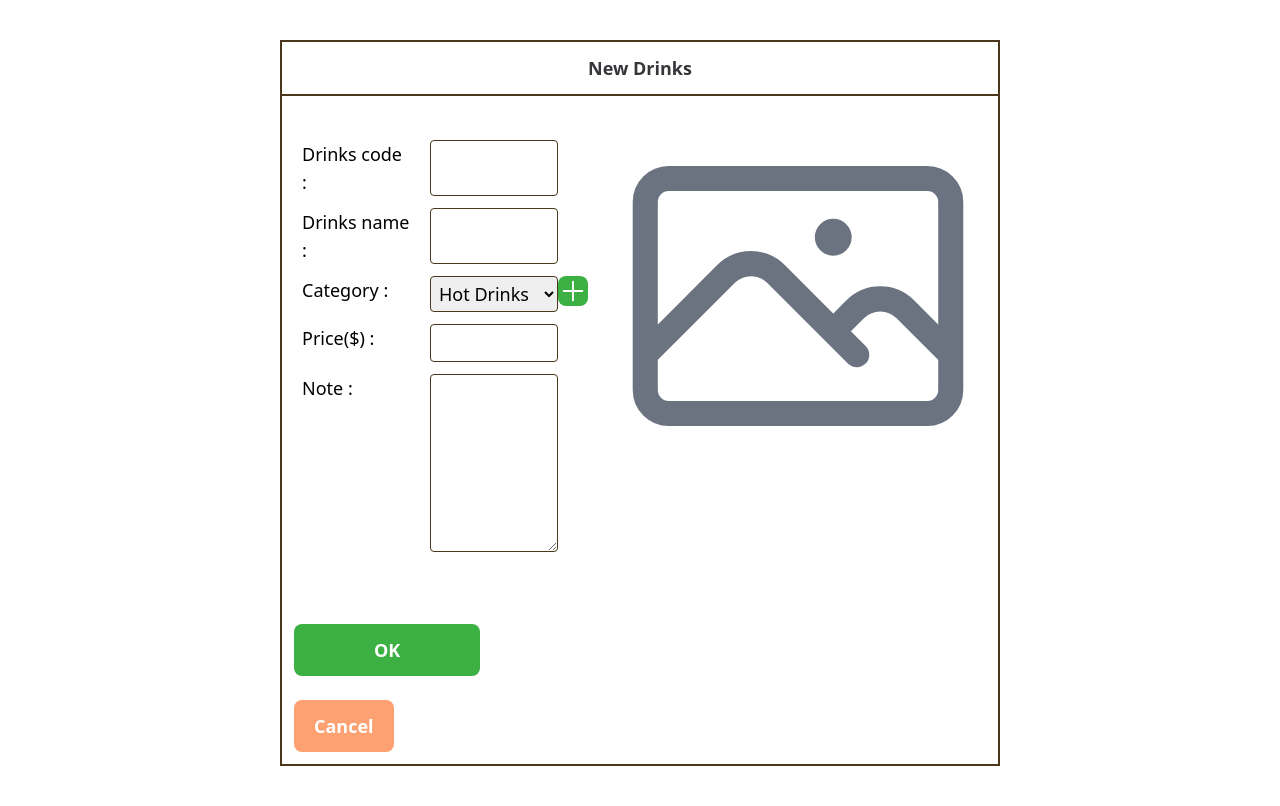
Repository: Dapravith/Midterm-SE-GIC-Cafe-Project-Group16
Page: src/main/resources/templates/addDrink.html
The author's editor kept a copy of each file at every save. The page is drawn from the files as they stood at one save, then again after the next save.
The browser window is 1280 px wide. The pictures show the whole page.
Some web libraries are served in a nearby version.

Above is the page before, as saved 2023-05-17 11:32:23.

After the next save:
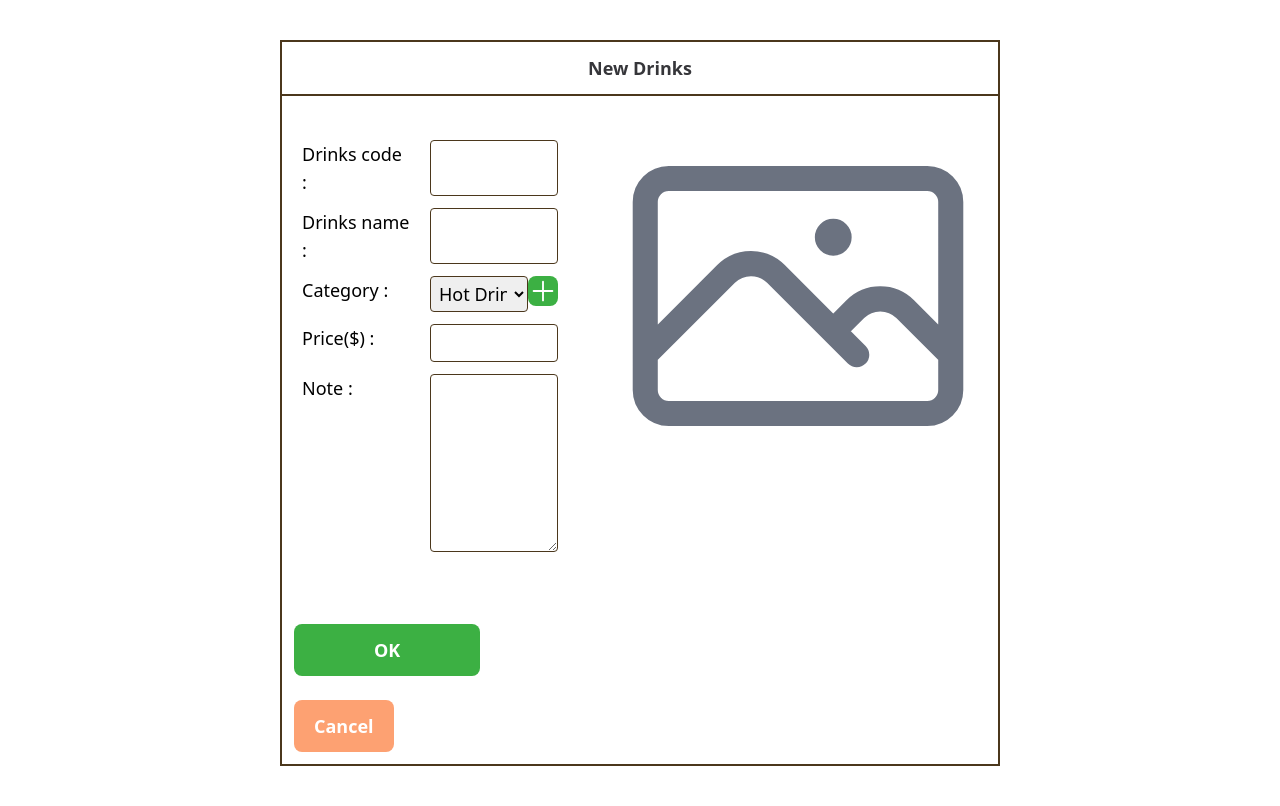
Saved 49 s later.
--- a/src/main/resources/templates/addDrink.html
+++ b/src/main/resources/templates/addDrink.html
@@ -48,7 +48,7 @@
                         <div class="grid grid-cols-2 mt-3">
                             <label class="mr-5" for="category">Category :</label>
                             <div class="flex justify-between">
-                                <select type="add-item" id="category" name="" class="p-1 border-[1px] border-solid border-[#4B371C] rounded" placeholder="">
+                                <select type="add-item" id="category" name="" class="w-full p-1 border-[1px] border-solid border-[#4B371C] rounded" placeholder="">
                                     <option value="1">Hot Drinks</option >
                                     <option value="2" >Cool Drinks</option >
                                     <option value="3" >Frappe</option >
